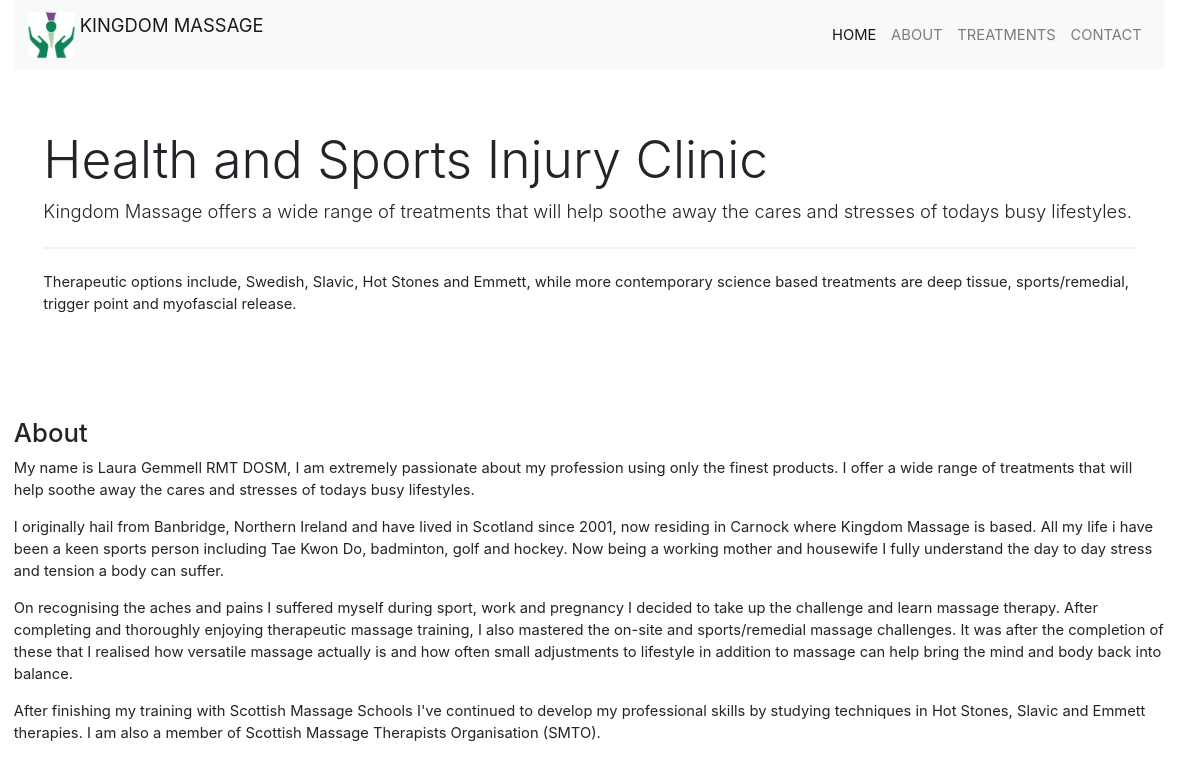
Repository: dalecars/User-Centric-Frontend-Development-Milestone-Project
Page: index.html
The author's editor kept a record of every edit. The page is drawn from the files as they stood at one moment, then again after the next edit.
The browser window is 1280 px wide. The pictures show the whole page, at 92% of full size.
Backgrounds fixed to the window are drawn as part of the page.

Above is the page before.

### index.html
<!DOCTYPE html>
<html lang="en">
<head>
    <meta charset="UTF-8">
    <meta name="viewport" content="width=device-width, initial-scale=1.0">
    <meta http-equiv="X-UA-Compatible" content="ie=edge">
    <link rel="stylesheet" href="https://maxcdn.bootstrapcdn.com/bootstrap/4.1.3/css/bootstrap.min.css">
    <link rel="stylesheet" href="assets/css/style.css" type="text/css" />
    <title>Kingdom Massage</title>
</head>
<body>

<!-- ########### Header ########### -->

    <header class="container-fluid">
        <nav class="navbar navbar-expand-lg navbar-light bg-light navbar-fixed-top">
            <a class="navbar-brand" href="#">
                <img src="assets/images/logo.jpg" width="50" height="50" class="d-inline-block align-top" alt="logo">
                Kingdom Massage
            </a>


            <button class="navbar-toggler" type="button" data-toggle="collapse" data-target="#navbarNavDropdown" aria-controls="navbarNavDropdown" aria-expanded="false" aria-label="Toggle navigation">
                <span class="navbar-toggler-icon"></span>
            </button>

            <div class="collapse navbar-collapse" id="navbarNavDropdown">
                <div class="navbar-nav ml-auto">
                    <a class="nav-item nav-link active" href="#">Home <span class="sr-only">(current)</span></a>
                    <a class="nav-item nav-link" href="#">About</a>
                    <a class="nav-item nav-link" href="#">Treatments</a>
                    <a class="nav-item nav-link" href="#">Contact</a>
                </div>
            </div>
        </nav>


            <div class="jumbotron">
                <h1 class="display-4">Health and Sports Injury Clinic</h1>
                <p class="lead">Kingdom Massage offers a wide range of treatments that will help soothe away the cares and stresses of todays busy lifestyles.</p>
                <hr class="my-4">
                <p>Therapeutic options include, Swedish, Slavic, Hot Stones and Emmett, while more contemporary science based treatments are deep tissue, sports/remedial, trigger point and myofascial release.</p>
            </div>



     </header>


  </div>
</div>
</div>

<!-- ########### About section ########### -->

    <section id="about">
        <div class="container-fluid about-container">
            <h3>About</h3>
            <p>My name is Laura Gemmell RMT DOSM, I am extremely passionate about my profession using only the finest products. I offer a wide range of treatments
            that will help soothe away the cares and stresses of todays busy lifestyles.</p>

            <p>I originally hail from Banbridge, Northern Ireland and have lived in Scotland since 2001, now residing in Carnock where Kingdom Massage is based.
            All my life i have been a keen sports person including Tae Kwon Do, badminton, golf and hockey. Now being a working mother and housewife I fully
            understand the day to day stress and tension a body can suffer.</p>

            <p>On recognising the aches and pains I suffered myself during sport, work and pregnancy I decided to take up the challenge and learn massage therapy.
            After completing and thoroughly enjoying therapeutic massage training, I also mastered the on-site and sports/remedial massage challenges. It was after
            the completion of these that I realised how versatile massage actually is and how often small adjustments to lifestyle in addition to massage can help
            bring the mind and body back into balance.</p>

            <p>After finishing my training with Scottish Massage Schools I've continued to develop my professional skills by studying techniques in Hot Stones,
            Slavic and Emmett therapies. I am also a member of Scottish Massage Therapists Organisation (SMTO).</p>
        </div>
    </section>


 <!-- ########### Treatmeant section ########### -->

     <section id="treatments">
        <div class="container-fluid about-container">

        </div>
    </section>


  <!-- ########### Footer ########### -->

    <footer>
        <script src="https://code.jquery.com/jquery-3.3.1.slim.min.js" integrity="sha384-q8i/X+965DzO0rT7abK41JStQIAqVgRVzpbzo5smXKp4YfRvH+8abtTE1Pi6jizo" crossorigin="anonymous"></script>
        <script src="https://cdnjs.cloudflare.com/ajax/libs/popper.js/1.14.7/umd/popper.min.js" integrity="sha384-UO2eT0CpHqdSJQ6hJty5KVphtPhzWj9WO1clHTMGa3JDZwrnQq4sF86dIHNDz0W1" crossorigin="anonymous"></script>
        <script src="https://stackpath.bootstrapcdn.com/bootstrap/4.3.1/js/bootstrap.min.js" integrity="sha384-JjSmVgyd0p3pXB1rRibZUAYoIIy6OrQ6VrjIEaFf/nJGzIxFDsf4x0xIM+B07jRM" crossorigin="anonymous"></script>
    </footer>

 </body>
</html>

### assets/css/style.css
body {
    margin: 0px;
    padding: 0px;
}

/******************* navbar *******************/

.navbar {
    background: none;
    text-transform: uppercase;
}

.navbar-nav {
    text-align: right;
}


/******************* jumbotron *******************/

.top-container {
    height: 90vh;
    background: url("../images/massage-background.png") no-repeat bottom center fixed;
    -webkit-background-size: cover;
    -moz-background-size: cover;
    -o-background-size: cover;
    background-size: cover;
}

.jumbotron {
    background-color: transparent
}

After the next edit:
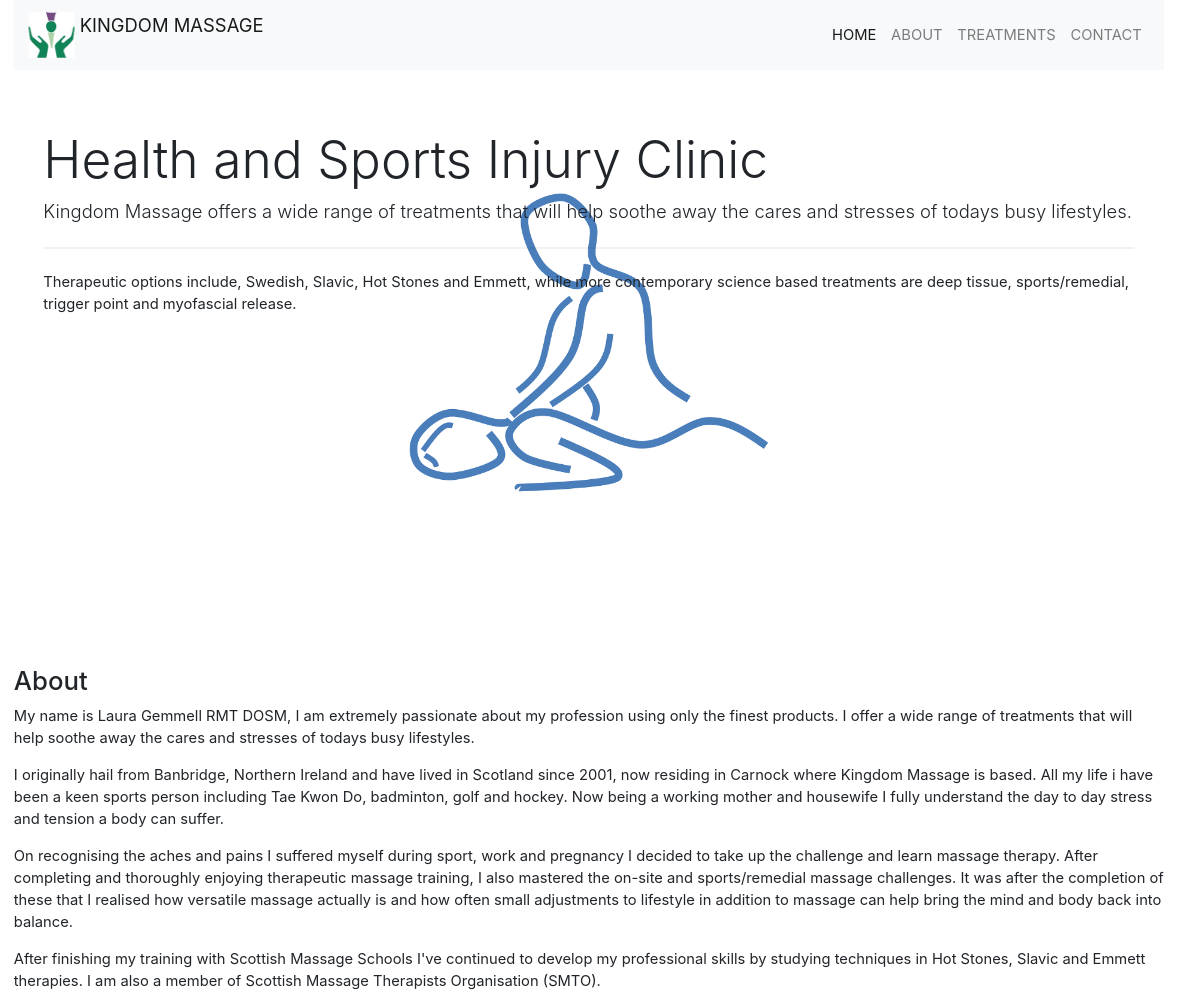
The edit:
--- a/index.html
+++ b/index.html
@@ -34,7 +34,7 @@
             </div>
         </nav>
 
-
+       <div class="top-container">
             <div class="jumbotron">
                 <h1 class="display-4">Health and Sports Injury Clinic</h1>
                 <p class="lead">Kingdom Massage offers a wide range of treatments that will help soothe away the cares and stresses of todays busy lifestyles.</p>
